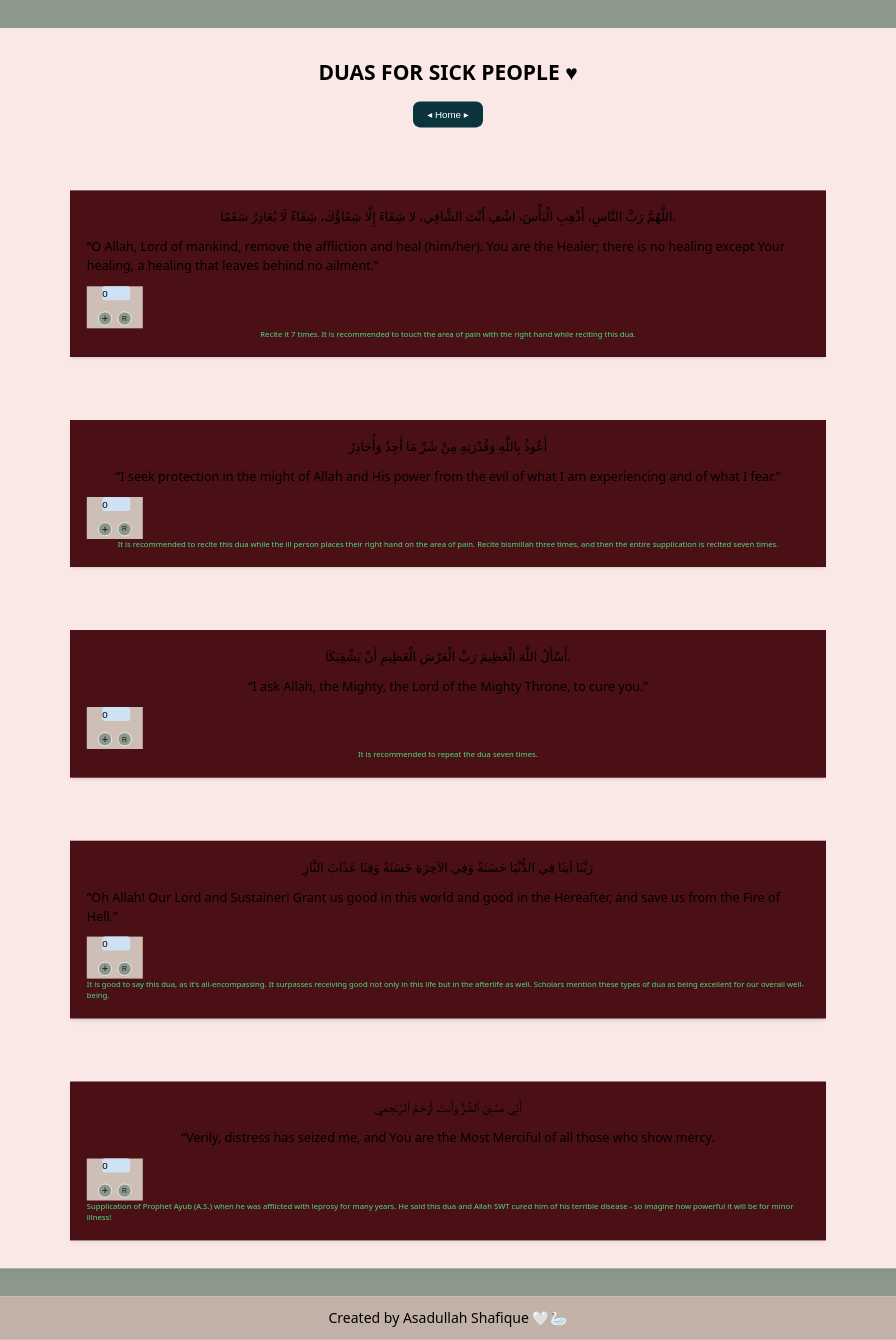
Repository: asadullah48/Duas_Diary
Page: /sick
These files come from the project's save history. The page is drawn as it stood at one moment and after the next save; the edit follows.
The browser window is 1280 px wide. The pictures show the whole page, at 70% of full size.
The project was rebuilt for these pictures with package versions that can differ from the ones it lists, and the page was loaded fresh each time. The framework's server and built-in components were replaced by stand-ins that run in the browser. Also part of the build but not shown: next.config.ts.

Above is the page before, as saved 2024-11-30 10:07:30.

After the next save:
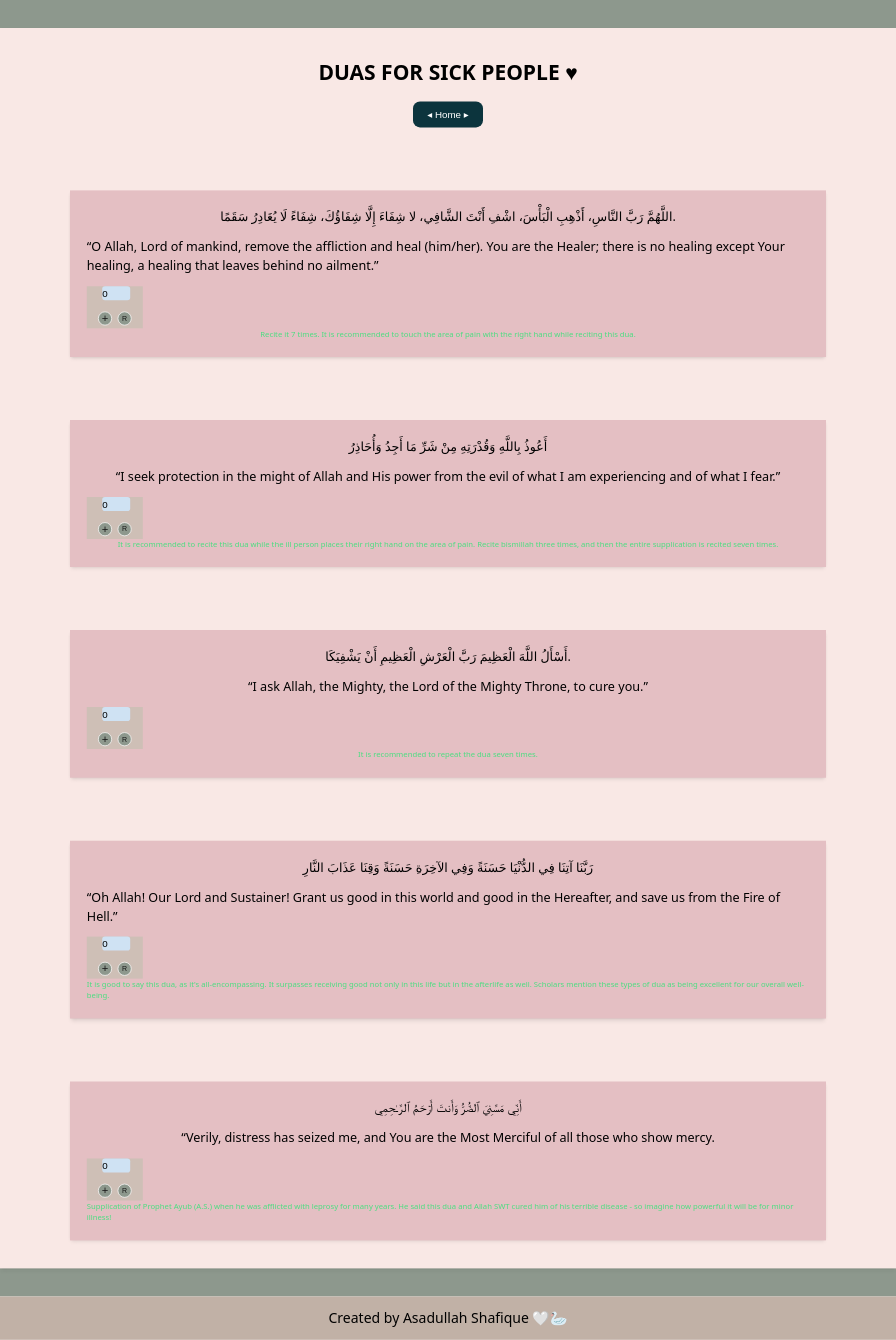
Saved 52 s later.
--- a/src/components/props.tsx
+++ b/src/components/props.tsx
@@ -14,7 +14,7 @@ export default function LightPinkSection({
   note,
 }: SectionProps) {
   return (
-    <div className="w-[90%] bg-[#4b1016] p-6 rounded-lg mx-auto shadow-md mt-[90px]">
+    <div className="w-[90%] bg-[#e4bfc3] p-6 rounded-lg mx-auto shadow-md mt-[90px]">
       <p className="text-black text-[18px] font-sans mb-4 flex justify-center">
         {paragraph}
       </p>
